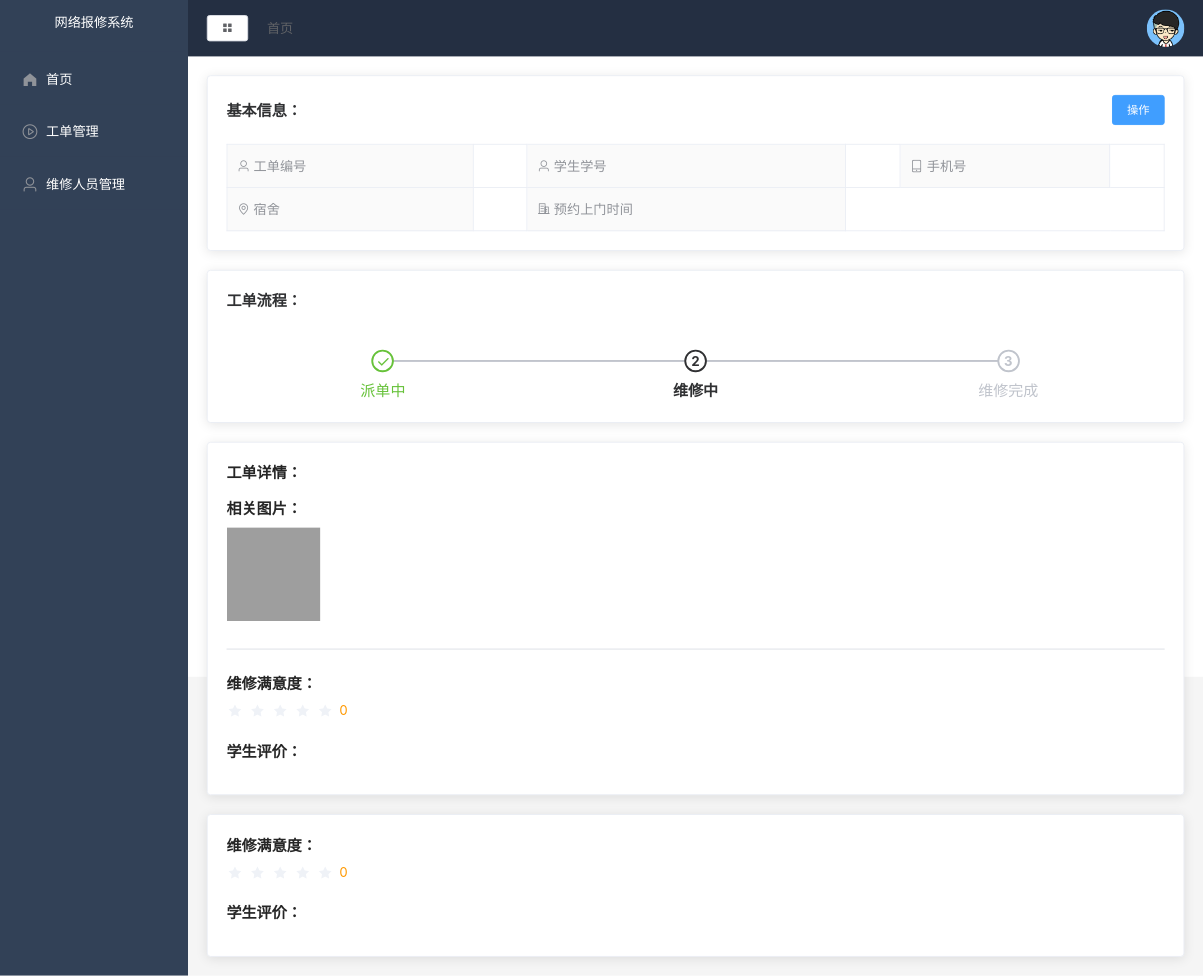
Repository: LtheW/vue
Page: /submit
The author's editor kept a copy of each file at every save. The page is drawn from the files as they stood at one save, then again after the next save.
The browser window is 1280 px wide. The pictures show the whole page, at 94% of full size.
Pictures or frames that could not be fetched are drawn as grey boxes. The page's requests for data from a server got no answer. The project was rebuilt for these pictures with package versions that can differ from the ones it lists, and the page was loaded fresh each time. No one was signed in, and anything a server would have sent is missing. Also part of the build but not shown: vue.config.js, src/components/CommonTag.vue, src/views/Maintainer/Add.vue.

Above is the page before, as saved 2022-03-27 11:28:10.

After the next save:
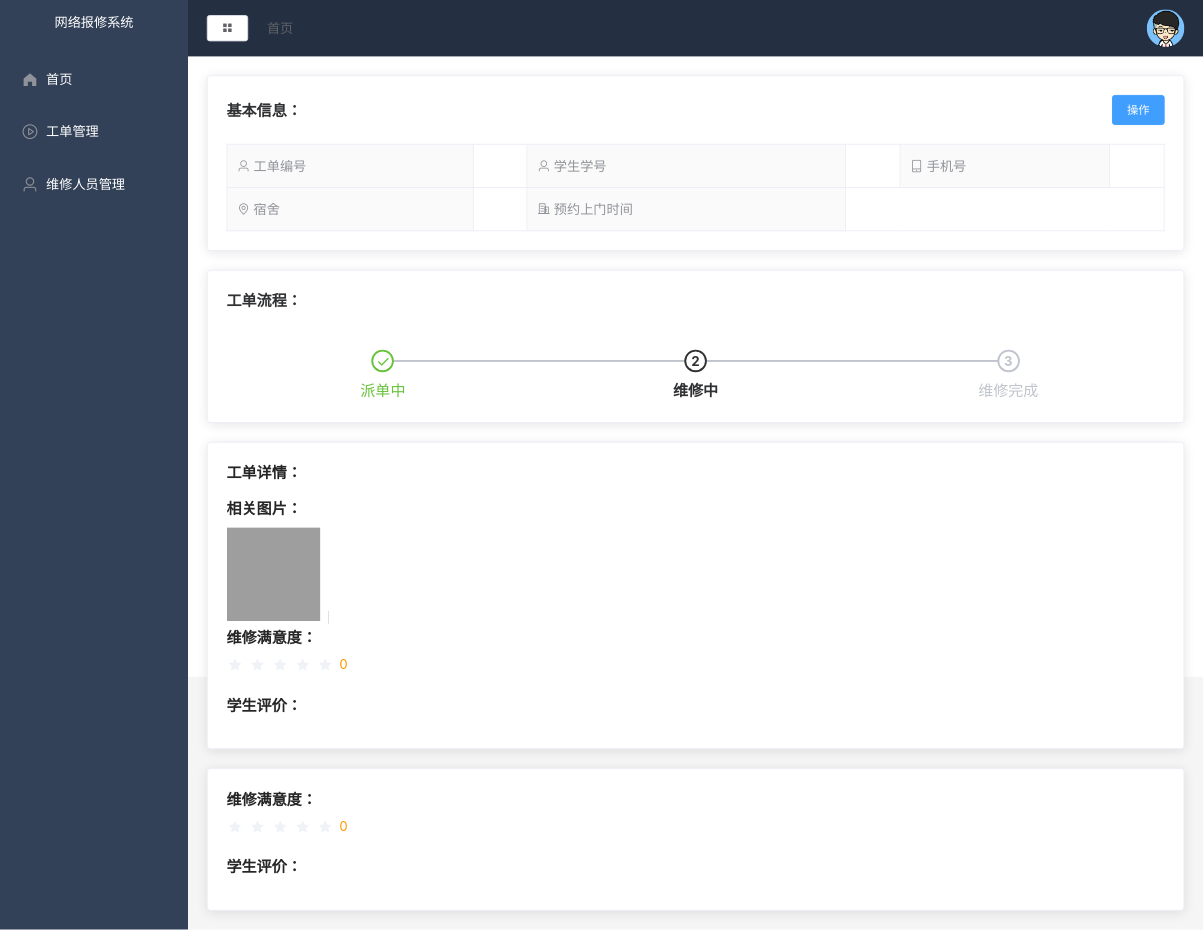
Saved 84 s later.
--- a/src/views/Submit.vue
+++ b/src/views/Submit.vue
@@ -81,7 +81,7 @@
             :preview-src-list="srcList"
           >
           </el-image>
-            <el-divider></el-divider>
+            <el-divider direction="vertical"></el-divider>
 
 
           <h5 class="title">维修满意度：</h5>
